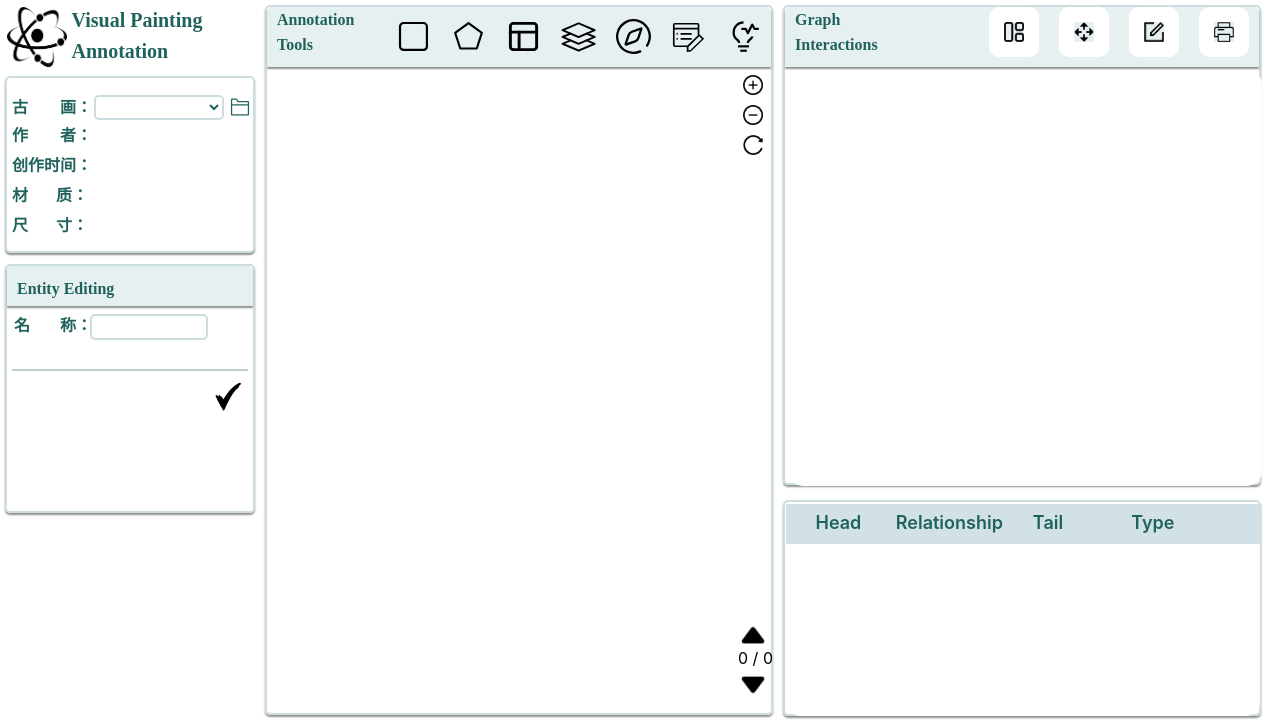
Repository: cailbh/ImageLabelTool
Page: /
The author's editor kept a copy of each file at every save. The page is drawn from the files as they stood at one save, then again after the next save.
The browser window is 1280 px wide. The pictures show the whole page.
The project was rebuilt for these pictures with package versions that can differ from the ones it lists, and the page was loaded fresh each time.

Above is the page before, as saved 2022-10-30 14:44:31.

### src/index.tsx
import React from 'react';
import ReactDOM from 'react-dom/client';
import './index.css';
import UI from './View';

const root = ReactDOM.createRoot(
  document.getElementById('root') as HTMLElement
);
root.render(
  <React.StrictMode>
    <UI />
  </React.StrictMode>
);

### src/index.css
* {
  margin: 0;
  font-family: -apple-system, BlinkMacSystemFont, 'Segoe UI', 'Roboto', 'Oxygen',
    'Ubuntu', 'Cantarell', 'Fira Sans', 'Droid Sans', 'Helvetica Neue',
    sans-serif;
  -webkit-font-smoothing: antialiased;
  -moz-osx-font-smoothing: grayscale;
  padding: 0;
  user-select: none;
}

code {
  font-family: source-code-pro, Menlo, Monaco, Consolas, 'Courier New',
    monospace;
}

html, body, #root {
  width: 100%;
  height: 100%;
  /* background: rgb(237,241,241); */
  background: rgb(255,255,255);
}

#root {
  /* display: flex; */
  /* flex-direction: row; */

}

### src/View/index.tsx
/**
 * 该组件负责图像视图与网络图视图的通信：
 *
 */

import React from "react";
// import ImageView from "./ImageView";
import GraphView from "./GraphView";
import LabelView from "./LabelView";
import { Entity, EntityArray, Relationship, RelationshipArray } from '../lib/interface'
import { EntityArrayContextProvider, useEntityArray, useEntityArrayUpdate } from "../lib/context";
import { RelationshipArrayContextProvider, useRelationshipArray, useRelationshipArrayUpdate } from "../lib/context";
import { InfoContextProvider, useInfo, useInfoUpdate } from "../lib/context";
import { MemoArrayContextProvider, useMemoArray, useMemoArrayUpdate } from "../lib/context";


export default function UI() {
    return (
        <React.StrictMode>
            <InfoContextProvider>
                <RelationshipArrayContextProvider>
                    <EntityArrayContextProvider>
                        <MemoArrayContextProvider>
                            {/* <ImageView></ImageView> */}

                            <LabelView></LabelView>
                            {/* <GraphView></GraphView> */}
                        </MemoArrayContextProvider>
                    </ EntityArrayContextProvider >
                </RelationshipArrayContextProvider>
            </InfoContextProvider>
        </React.StrictMode>
    )
}

### src/View/LabelView.tsx
import React from "react";
import LabelDisplay from "../component/LabelDisplay/index";
import LabelTool from "../component/LabelTool/index";
import ViewCard from "./ViewCard";

export default function LabelView() {
    return (
        // <ViewCard
        //     top={(
        //         <LabelTool></LabelTool>
        //     )}
        //     body={(
        <LabelDisplay></LabelDisplay>
        //     )}
        // />
    )
}

### src/lib/context.tsx
import React, { useContext, useState } from 'react';
import { MemoArray, Relationship, RelationshipArray, EntityArray, Entity, Info } from './interface'
import { arrayBuffer } from 'stream/consumers';


const entityContext = React.createContext<EntityArray>({ array: [] });
const EntityUpdateContext = React.createContext(null);

export const useEntityArray = () => useContext(entityContext);
export const useEntityArrayUpdate = () => useContext(EntityUpdateContext);
export const EntityArrayContextProvider = ({ children }) => {
    const [entityArray, setEntityArray] = useState<Entity[]>([]);
    const updateEntityArray = (entityArray) => {
        setEntityArray([...entityArray])
    }
    return (
        <entityContext.Provider value={{ array: entityArray }}>
            <EntityUpdateContext.Provider value={updateEntityArray}>
                {children}
            </EntityUpdateContext.Provider>
        </entityContext.Provider>
    );
};

const relationshipContext = React.createContext<RelationshipArray>({ array: [] });
const relationshipUpdateContext = React.createContext(null);

export const useRelationshipArray = () => useContext(relationshipContext);
export const useRelationshipArrayUpdate = () => useContext(relationshipUpdateContext);
export const RelationshipArrayContextProvider = ({ children }) => {
    const [RelationshipArray, setRelationshipArray] = useState<Relationship[]>([]);
    const updateRelationshipArray = (RelationshipArray) => {
        setRelationshipArray([...RelationshipArray])
    }
    return (
        <relationshipContext.Provider value={{ array: RelationshipArray }}>
            <relationshipUpdateContext.Provider value={updateRelationshipArray}>
                {children}
            </relationshipUpdateContext.Provider>
        </relationshipContext.Provider>
    );
};


const memoContext = React.createContext<MemoArray>({ entArray: [], relArray: [] });
const memoUpdateContext = React.createContext(null);

export const useMemoArray = () => useContext(memoContext);
export const useMemoArrayUpdate = () => useContext(memoUpdateContext);
export const MemoArrayContextProvider = ({ children }) => {
    const [entArray, setEntArray] = useState<Entity[]>([]);
    const [relArray, setRelArray] = useState<Relationship[]>([]);
    const updateMemoArray = (entArray, relArray) => {
        setEntArray([...entArray])
        setRelArray([...relArray])
    }
    return (
        <memoContext.Provider value={{ entArray: entArray, relArray: relArray }}>
            <memoUpdateContext.Provider value={updateMemoArray}>
                {children}
            </memoUpdateContext.Provider>
        </memoContext.Provider>
    );
};

const infoContext = React.createContext<Info>(null);
const InfoUpdateContext = React.createContext(null);

export const useInfo = () => useContext(infoContext);
export const useInfoUpdate = () => useContext(InfoUpdateContext);
export const InfoContextProvider = ({ children }) => {
    const [info, setInfo] = useState<Info>();
    const updateInfo = (infoArray) => {
        setInfo(infoArray)
    }
    return (
        <infoContext.Provider value={info}>
            <InfoUpdateContext.Provider value={updateInfo}>
                {children}
            </InfoUpdateContext.Provider>
        </infoContext.Provider>
    );
};

### src/lib/webAnnotate.tsx
export default class LabelImage {
	entityCo: any;
	cWidth: number;
	cHeight: number;
	// 缩略图宽度
	sWidth: number;
	// 缩略图高度
	sHeight: number;
	// 图片宽度
	iWidth: number;
	// 图片高度
	iHeight: number;
	// 图片拖拽至边缘最小显示
	appearSize: number;
	// 缩放布进
	scaleStep: number;
	// 最小缩放比例
	minScale: number;
	// 最大缩放比例
	maxScale: number;
	// 图片在画板中的横坐标
	x: number;
	// 图片在画板中的纵坐标
	y: number;
	// 鼠标当前画板中的横坐标
	mouseX: number;
	// 鼠标当前画板中的纵坐标
	mouseY: number;
	// 拖动过程中，鼠标前一次移动的横坐标
	prevX: number;
	// 拖动过程中，鼠标前一次移动的纵坐标
	prevY: number;
	// 创建新标签输入名字
	inputs: string;
	// 鼠标移动过程中坐标
	moveP: any;
	// 拖动时，曲线圆点类型
	curveCircleType: string;
	// 拖动时，曲线下标
	curveIndex: number;
	// 缩放比例
	scale: number;
	// 鼠标在图片中的横坐标
	ix: number;
	// 鼠标在图片中的纵坐标
	iy: number;
	// 矩形框起点横坐标
	rectX: number;
	// 矩形框起点纵坐标
	rectY: number;
	// 曲线终点点横坐标
	endX: number;
	// 曲线终点纵坐标
	endY: number;
	// 关系起点id
	sourceIndex: string;
	// 关系终点id
	targetIndex: number;
	// 绘制多边形的圆点半径
	radius: number;

	// 绘制线段宽度
	lineWidth: number;

	//绘制区域模块透明度
	opacity: number;

	// 定时器
	timer: any;

	// 结果是否被修改
	isModify: boolean;

	// 是否全屏
	isFullScreen: boolean;

	// 是否移动图像标注圆点
	isDragCircle: boolean;

	// 当前点击圆点index
	snapCircleIndex: number;

	// 用于在拖拽或者缩放时，让绘制至存储面板的数据，只绘制一次
	drawFlag: boolean;

	// 监听滚动条缩放是否结束的定时器
	mousewheelTimer: any;

	// 历史记录下标
	historyIndex: number;
	Arrays: any;
	Nodes: any;
	Features: any;
	constructor(options) {
		// 画布宽度
		this.cWidth = 0;
		// 画布高度
		this.cHeight = 0;
		// 缩略图宽度
		this.sWidth = 0;
		// 缩略图高度
		this.sHeight = 0;
		// 图片宽度
		this.iWidth = 0;
		// 图片高度
		this.iHeight = 0;
		// 图片拖拽至边缘最小显示
		this.appearSize = 180;
		// 缩放布进
		this.scaleStep = 0.02;
		// 最小缩放比例
		this.minScale = 0.02;
		// 最大缩放比例
		this.maxScale = 8;
		// 图片在画板中的横坐标
		this.x = 0;
		// 图片在画板中的纵坐标
		this.y = 0;
		// 鼠标当前画板中的横坐标
		this.mouseX = 0;
		// 鼠标当前画板中的纵坐标
		this.mouseY = 0;
		// 拖动过程中，鼠标前一次移动的横坐标
		this.prevX = 0;
		// 拖动过程中，鼠标前一次移动的纵坐标
		this.prevY = 0;
		// 创建新标签输入名字
		this.inputs = "";
		// 拖动时，曲线圆点类型
		this.curveCircleType = '';
		// 拖动时，曲线下标
		this.curveIndex = -1;
		// 缩放比例
		this.scale = 0;
		// 鼠标在图片中的横坐标
		this.ix = 0;
		// 鼠标在图片中的纵坐标
		this.iy = 0;
		// 矩形框起点横坐标
		this.rectX = 0;
		// 矩形框起点纵坐标
		this.rectY = 0;
		// 曲线终点点横坐标
		this.endX = 0;
		// 曲线终点纵坐标
		this.endY = 0;

		this.moveP = [];

		// 关系起点下标
		this.sourceIndex = "0";
		this.targetIndex = -1;
		// 绘制多边形的圆点半径
		this.radius = 6;

		// 绘制线段宽度
		this.lineWidth = 1;

		//绘制区域模块透明度
		this.opacity = 0.45;

		// 定时器
		this.timer = null;

		// 结果是否被修改
		this.isModify = false;

		// 是否全屏
		this.isFullScreen = false;

		// 是否移动图像标注圆点
		this.isDragCircle = false;

		// 当前点击圆点index
		this.snapCircleIndex = 0;

		// 用于在拖拽或者缩放时，让绘制至存储面板的数据，只绘制一次
		this.drawFlag = true;

		// 监听滚动条缩放是否结束的定时器
		this.mousewheelTimer = null;

		// 历史记录下标
		this.historyIndex = 0;

		this.Arrays = {

			// 标定历史保存标签记录
			history: [],

			// 图片标注展示数据集
			imageAnnotateShower: [],

			// 图片标注存储数据集
			imageAnnotateMemory: [],

			// 关系标注展示数据集
			relationshipAnnotateShower: [],

			// 关系标注存储数据集
			relationshipAnnotateMemory: [],

			// 标注集操作 result list index
			resultIndex: 0,
			// 关系集操作 result list index
			relationshipIndex: 0,

		};
		this.Nodes = {
			// 图片节点
			image: null,
			// 画布节点
			canvas: null,
			// 缩略图节点
			scaleCanvas: null,
			// 缩放比例面板
			scalePanel: null,
			// 画布上下文
			ctx: null,
			// 缩略图画板上下文
			sCtx: null,
			// 缩略图方框
			scaleRect: null,
			// 存储图像数据的画布
			bCanvas: null,
			// 存储图像数据的上下文
			bCtx: null,
			// 绘图部分主外层函数
			canvasMain: null,
			// 标记结果数据集
			resultGroup: null,
			// 十字线开关按钮
			crossLine: null,
			// 标注结果开关按钮
			labelShower: null,
			// 屏幕快照按钮
			screenShot: null,
			// 全屏按钮
			screenFull: null,
			// 颜色选取器节点数据
			colorHex: null,
			// // 清空标注内容
			// clearScreen: options.clearScreen,
			// // 撤销，返回上一步
			// returnUp: options.returnUp,
			// 标签管理
			toolTagsManager: null,
			// 历史记录列表
			historyGroup: null
		};
		this.Features = {
			//
			N:true,
			// 拖动开关
			dragOn: true,
			// 矩形标注开关
			rectOn: false,
			// 多边形标注开关
			polygonOn: false,
			// 切换布局
			layoutOn: false,
			// 层级标注开关
			dropTOn: false,
			// 组合层级
			CombinOn: false,
			// 标签管理工具
			tagsOn: false,
			// 关系标注开关
			relationshipOn: false,
			// 实体线性趋势标注开关
			trendOn: false,
			// 十字线开关
			crossOn: false,
			// 标注结果显示
			labelOn: true,

		};
	}

}

### src/lib/tasks.tsx
export default class Task {
    id: string;
    name: string;
    size: string;
    texture: string;
    time: string;
    author: string;
    constructor(options) {
        this.id = "";
        this.name = "";
        this.size = "";
        this.texture = "";
        this.time = "";
        this.author = ""
    }
}

### src/lib/interface.tsx
export class EntityArray {
    array: Array<Entity>;
}
export class RelationshipArray {
    array: Array<Relationship>;
}
export class MemoArray {
    relArray: Array<Relationship>;
    entArray: Array<Entity>;
}
export class Entity {
    name: string;
    id: string;
    type: string;
    x: number;
    y: number;
    //图片绘制起始位置
    ix: number;
    iy: number;
    //标注绘制起始位置
    lx: number;
    ly: number;
    // 图片宽度
    iWidth: number;
    // 图片高度
    iHeight: number;
    //图片缩放
    iScale: number;
    visAble: boolean;
    labels: any;
    content: any;
    contentType: string;
    labelLocation: any;
    rgb: string;
    visibility: boolean;
    trend: any;
    trendIndex: number;
    centerPoint: any;
    rectMask: any;
    color: string;
    describe: string;
    attribute: any;
    active: boolean;
    children: any;
    constructor(myName: string) { //定义带参数的构造函数
        this.name = myName;
    }
}


export class Relationship {
    name: string;
    id: string;
    type: string;
    targetId: string;
    sourceId: string;
    color: string;
    weight: number;
    visAble: boolean
    // constructor(myName: string) { //定义带参数的构造函数
    //     this.name = myName;
    // }
}

export class Info {
    changeState: number;
}

export default class LabelState {
    //任务名称
    taskName: string;
    //文件列表
    imgFiles: any;
    //图片总数
    imgSum: number;
    //选择图片下标
    imgIndex: number;
    cWidth: number;
    cHeight: number;
    // 缩略图宽度
    sWidth: number;
    // 缩略图高度
    sHeight: number;
    // 图片宽度
    iWidth: number;
    // 图片高度
    iHeight: number;
    // 图片拖拽至边缘最小显示
    appearSize: number;
    // 缩放布进
    scaleStep: number;
    // 最小缩放比例
    minScale: number;
    // 最大缩放比例
    maxScale: number;
    // 图片在画板中的横坐标
    x: number;
    // 图片在画板中的纵坐标
    y: number;
    // 鼠标当前画板中的横坐标
    mouseX: number;
    // 鼠标当前画板中的纵坐标
    mouseY: number;
    // 拖动过程中，鼠标前一次移动的横坐标
    prevX: number;
    // 拖动过程中，鼠标前一次移动的纵坐标
    prevY: number;
    // 缩放比例
    scale: number;
    // 鼠标在图片中的横坐标
    ix: number;
    // 鼠标在图片中的纵坐标
    iy: number;
    // 矩形框起点横坐标
    rectX: number;
    // 矩形框起点纵坐标
    rectY: number;
    // 绘制多边形的圆点半径
    radius: number;

    // 绘制线段宽度
    lineWidth: number;

    //绘制区域模块透明度
    opacity: number;

    // 定时器
    timer: any;

    // 结果是否被修改
    isModify: boolean;

    // 是否全屏
    isFullScreen: boolean;

    // 是否移动图像标注圆点
    isDragCircle: boolean;

    // 当前点击圆点index
    snapCircleIndex: number;

    // 用于在拖拽或者缩放时，让绘制至存储面板的数据，只绘制一次
    drawFlag: boolean;

    // 监听滚动条缩放是否结束的定时器
    mousewheelTimer: null;

    // 历史记录下标
    historyIndex: number;
    Arrays: any;
    Nodes: any;
    Features: any;

}

### src/axios/index.ts
import entityRecognize from './api/entityRecognize';

export * from './api/entityRecognize'; // 目标识别
// export * from './api/img'; // 图片
export default {
    entityRecognize
}

### src/component/AttributeInput/index.css
.nameInput{
    margin: 5px;
    height: 60px;
    border-bottom: 2px rgba(32,99,92,0.3) solid;
}
.contain{
    height: 100%;
}
.attrHead{
    background-color: rgba(230,240,241,1);
    /* margin: 5px; */
    color:rgba(32,99,92,1);
    height: 40px;
    font-size:25px;
    line-height:30px;
    font-weight: 600;
    font-size: 18px;
    line-height: 1.35;
    font-variant: tabular-nums;
    line-height: 1.5715;
    font-feature-settings: "tnum";
    font-family: SourceHanSerifCN-Heavy, SourceHanSerifCN;
    border-top-left-radius: 5px;
    border-top-right-radius: 5px;

    filter:progid:DXImageTransform.Microsoft.Shadow(color=#909090,direction=120,strength=4);
    -moz-box-shadow: 0px 2px 10px #909090;
    -webkit-box-shadow: 0px 2px 10px #909090;
    box-shadow:0px 2px 2px #909090

}
.headName{
    float: left;
    /* margin: 20px; */
    padding: 10px;
    width: 100%;
    font-size:15px;
    line-height:90px;
    color:rgba(32,99,92,1);
    font-size:16px;
    line-height:30px;
    font-weight: 600;
    font-variant: tabular-nums;
    line-height: 1.5715;
    font-feature-settings: "tnum";
    font-family: SourceHanSerifCN-Heavy, SourceHanSerifCN;
    border-top-left-radius: 5px;
    border-top-right-radius: 5px;
    float: left;
}
.headValue{
    float: left;
    width: calc(50% - 40px);
    margin: 20px;
    font-size:15px;
    line-height:30px;
    font-family:"Microsoft YaHei",Tahoma,Verdana,SimSun;
    font-style:normal;
    font-variant:normal;
    font-size-adjust:none;
    font-stretch:normal;
    font-weight:normal;
    border-radius: 5px;
}
.attrInput{
    /* margin: 5px; */
    height: 40px;
    /* display: flex; */
    justify-content: center;
    align-items: center;
}
.attrInputDiv{
    margin: 5px;
    height: calc(100% - 160px);
    overflow: scroll;
    scrollbar-width: none;
}
.attrKey{
    margin: 2px;
    height: calc(50% - 4px);
    width: 30%;
    float: left;
    text-align: center;
    color: rgb(32,99,92);
    font-weight: 600;
    font-size: 16px;
    line-height: 1.35;
    font-variant: tabular-nums;
    line-height: 1.5715;
    font-feature-settings: "tnum";
    font-family: SourceHanSerifCN-Heavy, SourceHanSerifCN;

    border-radius: 5px;
    /* cursor: none; */
}
.attrDel{
    margin: 2px 5px;
    width: 20px;
    height: 20px;
    cursor: pointer;
    /* background-color: #000; */
    float: left;
}
.addAttr{
    width: 30px;
    height: 30px;
    cursor: pointer;
    display: flex;
    justify-content: center;
    align-items: center;
}

.addAttrBut{
    height: 100%;
}
.delAttrBut{
    height: 100%;
}
.attrValue{
    margin: 2px;
    height: calc(50% - 4px);
    width: 50%;
    float: left;
}

.valueInput{
    width: 100%;
    border-radius: 10px;
    margin: 1px;
    /* margin-left: 15px; */
    color: rgb(32,99,92);


    background: rgba(210,225,230,0);
    outline: none;
    border: #000;
    border: 2px solid rgb(204,221,224);
    border-radius: 5px;


    font-weight: 400;
    font-size: 14px;
    line-height: 1.35;
    font-variant: tabular-nums;
    line-height: 1.5715;
    font-feature-settings: "tnum";
    font-family: SourceHanSerifCN-Heavy, SourceHanSerifCN;
}
.keyInput{
    width: 100%;
    border-radius: 10px;
    margin: 1px;

    background: rgba(210,225,230,0);
    outline: none;
    border: #000;
    border: 2px solid rgb(204,221,224);
    border-radius: 5px;


    color: rgb(32,99,92);
    font-weight: 400;
    font-size: 14px;
    line-height: 1.35;
    font-variant: tabular-nums;
    line-height: 1.5715;
    font-feature-settings: "tnum";
    font-family: SourceHanSerifCN-Heavy, SourceHanSerifCN;
}

### src/component/GraphRelationship/index.css
.smallInput  {
    width: 90%;
    border-radius: 10px;
    border: 1.5px #ccc solid;
    /* margin: 5px; */
    margin-left: 15px;
    color: rgb(32,99,92);
    font-weight: 600;
    font-size: 16px;
    line-height: 1.35;
    font-variant: tabular-nums;
    line-height: 1.5715;
    font-feature-settings: "tnum";
    font-family: SourceHanSerifCN-Heavy, SourceHanSerifCN;
}
.relRow{
    width: 20% !important;
    margin: 3px;
    padding: 0px !important;
}
.relationship-table-head-co{
    width: 20%;
    height: calc(100% - 10px);
    float: left;
    margin: 5px;
    text-align: center;
}
.confirmButton{
    width: 60px;
    height: 30px;
    margin: 5px;
    border-radius: 15px;
    border: 0px;
    background-color: rgb(32,99,92);
    color: #fff;
    text-align: center;
    font-weight: 600;
    font-size: 14px;
    line-height: 1.35;
    font-variant: tabular-nums;
    line-height: 1.5715;
    font-feature-settings: "tnum";
    font-family: SourceHanSerifCN-Heavy, SourceHanSerifCN;
}
#bigInput {
    color:#333;
    height: 60px;
    line-height:normal;
    font-family:"Microsoft YaHei",Tahoma,Verdana,SimSun;
    font-style:normal;
    font-variant:normal;
    font-size-adjust:none;
    font-stretch:normal;
    font-weight:normal;
    margin-top:0px;
    margin-bottom:0px;
    margin-left:0px;
    padding-top:4px;
    padding-right:4px;
    padding-bottom:4px;
    padding-left:4px;
    font-size:15px;
    outline-width:medium;
    outline-style:none;
    outline-color:invert;
    border-top-left-radius:3px;
    border-top-right-radius:3px;
    border-bottom-left-radius:3px;
    border-bottom-right-radius:3px;
    text-shadow:0px 1px 2px #fff;
    background-attachment:scroll;
    background-repeat:repeat-x;
    background-position-x:left;
    background-position-y:top;
    background-size:auto;
    background-origin:padding-box;
    background-clip:border-box;
    background-color:rgb(255,255,255);
    margin-right:8px;
    border-top-color:#ccc;
    border-right-color:#ccc;
    border-bottom-color:#ccc;
    border-left-color:#ccc;
    border-top-width:1px;
    border-right-width:1px;
    border-bottom-width:1px;
    border-left-width:1px;
    border-top-style:solid;
    border-right-style:solid;
    border-bottom-style:solid;
    border-left-style:solid;
}
.relationship-table-head{
    height: 40px;
    color: rgb(32,99,92);
    background: rgb(210,225,230);
    font-weight: 600;
    font-size: 18px;
    line-height: 1.35;
    font-variant: tabular-nums;
    line-height: 1.5715;
    font-feature-settings: "tnum";
    font-family: SourceHanSerifCN-Heavy, SourceHanSerifCN;
    /* border-top-left-radius: 15px;
    border-top-right-radius: 15px; */
}
.relationship-table-body{
    height: calc(100% - 40px);
    overflow:scroll;
    scrollbar-width: none;
}

### src/axios/api/entityRecognize/index.ts
import { get, put, post, del } from '../../http';
import axios from 'axios'
import{base} from '../config'
import {message} from 'antd'
import cookie from 'react-cookies'
export const getImg = (data: any) => get({ url: '/recognize/', data }); //
export const postImg = (data: any) => post({ url: '/recognize/', data }); //
export const updateImg = (data: any) => put({ url: '/recognize/', data });

export default{
    //测试
    async testApi(params){
        return await axios.get(`${base}/hi`,params) .then((res)=>{
            return res.data;
        }).catch((error)=>{
            message.error("服务器出错")
        })
    },
    //目标检测
    async entityRecognizeApi(params){
        return await axios.post(`${base}/predict_bbx`,params).then((res)=>{
            return res.data;
        }).catch((error)=>{
            message.error("服务器出错")
        })
    },

}

### src/axios/config.ts
export const rootURL = ''

export const ServerCode = {
    SUCCESS: 0,
    CONTINUE: 400,
    WRONG_PARAM: 401,
    WRONG_REQUEST: 402,
    FORBIDDEN: 403,
    WRONG_URL: 404,
    NO_LOGIN: 406,
    TIME_OUT: 408,
    WRONG_REQUEST_MODAL: 410,
    AUTO_SAVE_ERROR_CODE: 411, // 自动暂存code
    PROCESS_ERROR: 412, // 任务进度错误
    WRONG_SERVER: 500,
    WRONG_REALIZE: 501,
    WRONG_GATEWAY: 502,
    BAD_SERVER: 503,
    GATEWAY_TIME_OUT: 504,
    WRONG_VERSION: 505
};

export const SubCode = {
    OPERATION_FAILED: 410001,
    TASK_HAS_EXPIRED_OR_SUBMITTED: 400001
};

export const ServerCodeMap = {
    [ServerCode.SUCCESS]: '成功',
    [ServerCode.CONTINUE]: '继续', // 传递指定“继续参数”即可成功
    [ServerCode.WRONG_PARAM]: '参数格式出错',
    [ServerCode.WRONG_REQUEST]: '请求出错',
    [ServerCode.FORBIDDEN]: '拒绝访问',
    [ServerCode.WRONG_URL]: '请求地址出错',
    [ServerCode.NO_LOGIN]: '未登录',
    [ServerCode.TIME_OUT]: '请求超时',
    [ServerCode.WRONG_SERVER]: '服务器内部错误',
    [ServerCode.WRONG_REALIZE]: '服务未实现',
    [ServerCode.WRONG_GATEWAY]: '网关错误',
    [ServerCode.BAD_SERVER]: '服务不可用',
    [ServerCode.GATEWAY_TIME_OUT]: '网关超时',
    [ServerCode.WRONG_VERSION]: 'HTTP版本不受支持'
};

export const RedirectMap = {
    [ServerCode.FORBIDDEN]: '/403'
};

Loaded but not shown: public/index.html (common file); src/lib/uuid.js (8 lines, source omitted); src/axios/api/config.js (3 lines, source omitted); src/component/LabelDisplay/index.tsx (3933 lines, source omitted); src/component/LabelDisplay/index.css (1891 lines, source omitted); src/component/LabelDisplay/graph.css (419 lines, source omitted); src/component/GraphRelationship/index.tsx (190 lines, source omitted); src/component/AttributeInput/index.tsx (170 lines, source omitted); src/axios/http.ts (147 lines, source omitted)

After the next save:
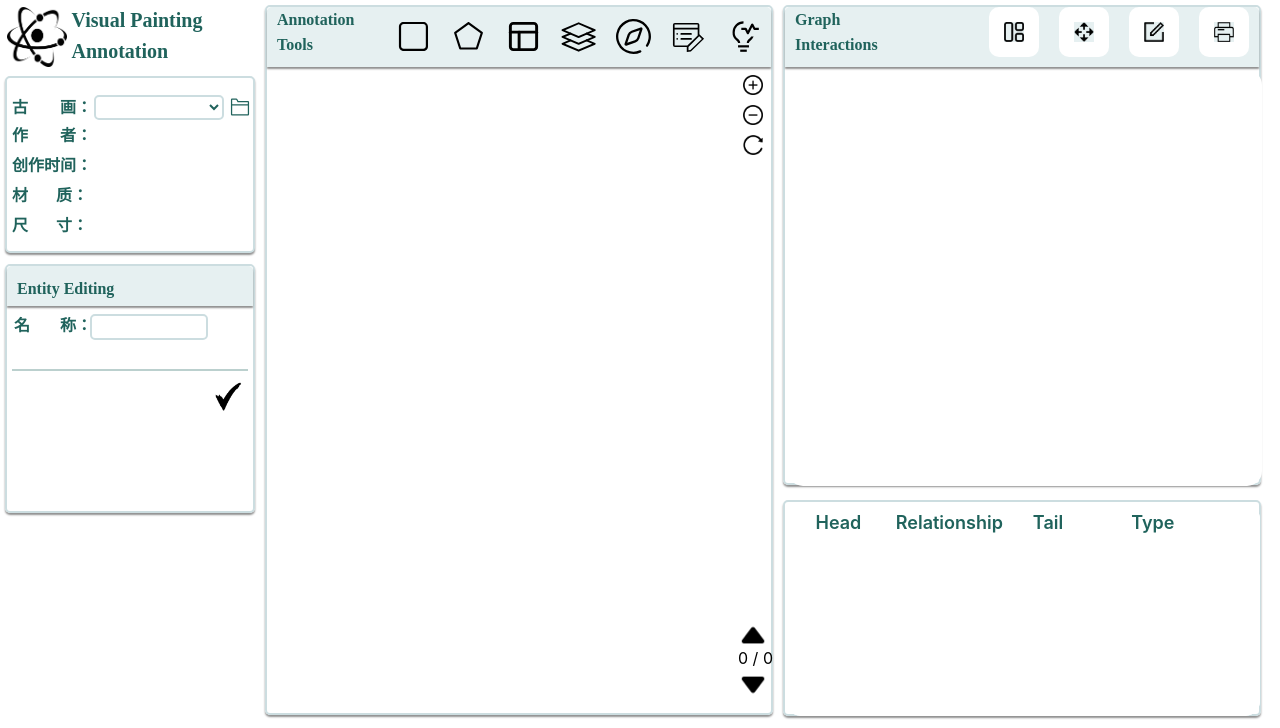
Saved 19 min 15 s later.
--- a/src/component/GraphRelationship/index.css
+++ b/src/component/GraphRelationship/index.css
@@ -93,7 +93,7 @@
 .relationship-table-head{
     height: 40px;
     color: rgb(32,99,92);
-    background: rgb(210,225,230);
+    /* background: rgb(210,225,230); */
     font-weight: 600;
     font-size: 18px;
     line-height: 1.35;
